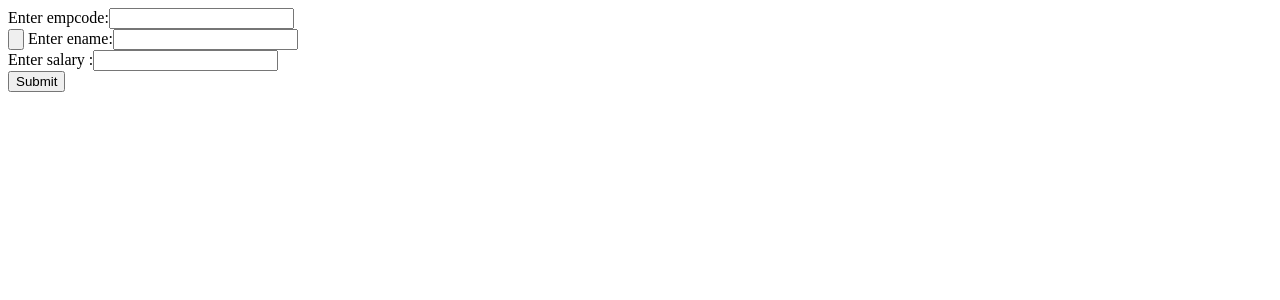
Repository: Susritha/workspace
Page: http://localhost/Jdbc/AddEmployee.jsp
The author's editor kept a copy of each file at every save. The page is drawn from the files as they stood at one save, then again after the next save.
The browser window is 1280 px wide. The pictures show the whole page.
The page is served by Tomcat 9.

Above is the page before, as saved 2015-08-17 09:32:59.

After the next save:
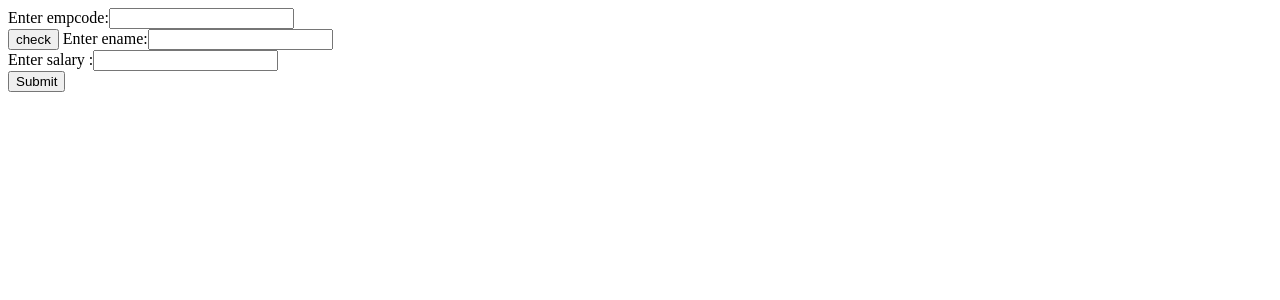
Saved 15 s later.
--- a/Jdbc/WebContent/AddEmployee.jsp
+++ b/Jdbc/WebContent/AddEmployee.jsp
@@ -37,7 +37,7 @@ function showHint()
 <body>
 <form action="AddEmployee">
 Enter empcode:<input type="text" name="empcode"><br>
-<input type="button" onclick="showHint()" name="check"/>
+<input type="button" onclick="showHint()" name="check" value="check">
 Enter ename:<input type="text" name="ename"><br>
 Enter salary :<input type="text" name="salary"><br>
 <input type="submit"/>
